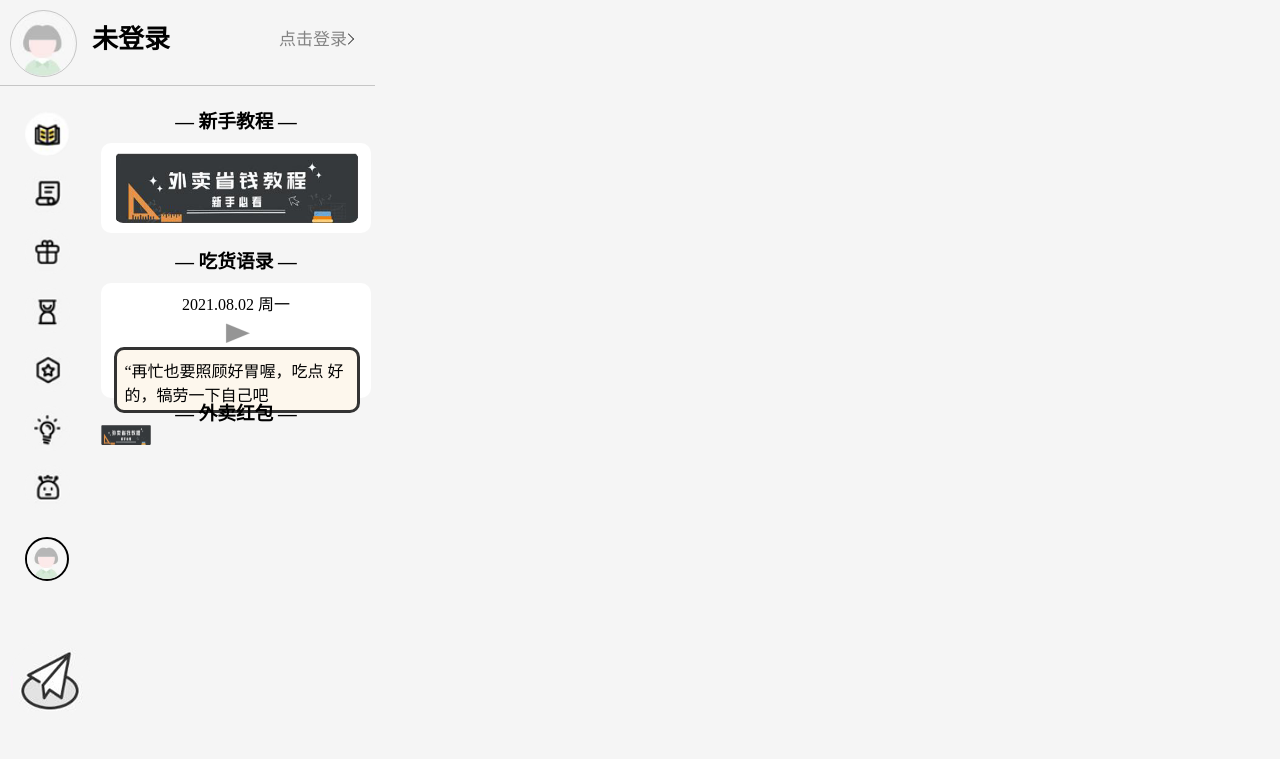
Repository: Privatexiao/projects
Page: Takeout assistant/index.html
An editor plug-in stored every save of this project. The page is shown before and after a run of saves, followed by the edit.
The browser window is 1280 px wide. The pictures show the whole page.

Above is the page before, as saved 2021-08-02 17:31:39.

After the next 2 saves:
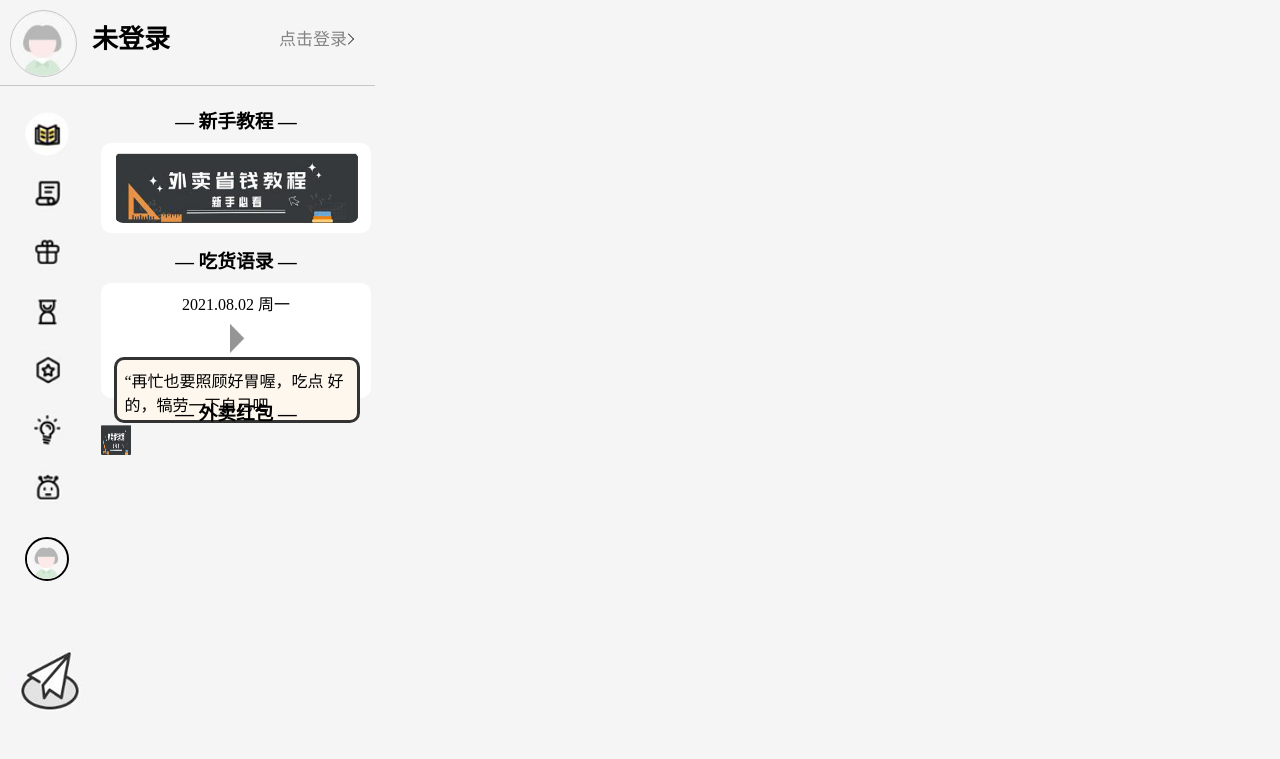
The 2 saves are shown as one change because they came seconds apart.
The last was saved 9 s later.
--- a/Takeout assistant/css/index.css
+++ b/Takeout assistant/css/index.css
@@ -121,8 +121,8 @@ ul,ol{
     padding: 8px;
 }
 .VersionQuotation img{
-    width: 50px;
-    height: 20px;
+    width: 30px;
+    height: 30px;
 }
 /* 白色背景 */
 .VersionQuotation .chyl_bj{
